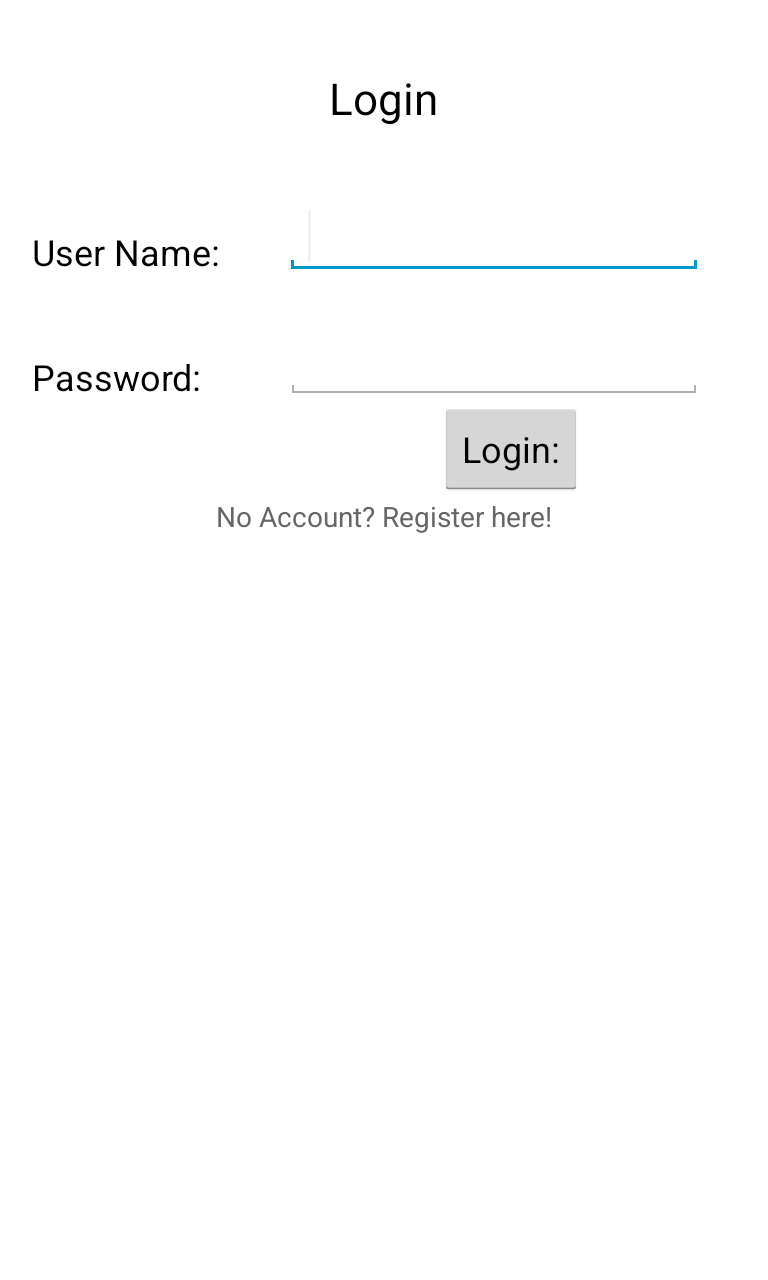
Repository: chrisberry/WebAPIWithAndroidUI
Layout: PeopleAPIAndroid/PeopleAPI/res/layout/login_main.xml
An editor plug-in stored every save of this project. The layout is shown before and after the next save, followed by the edit.
It is drawn on a 768 x 1280 px phone screen (xhdpi) without system bars, with theme AppTheme; the app's code is not run.

Above is the layout before, as saved 2014-02-11 18:09:05.

After the next save:
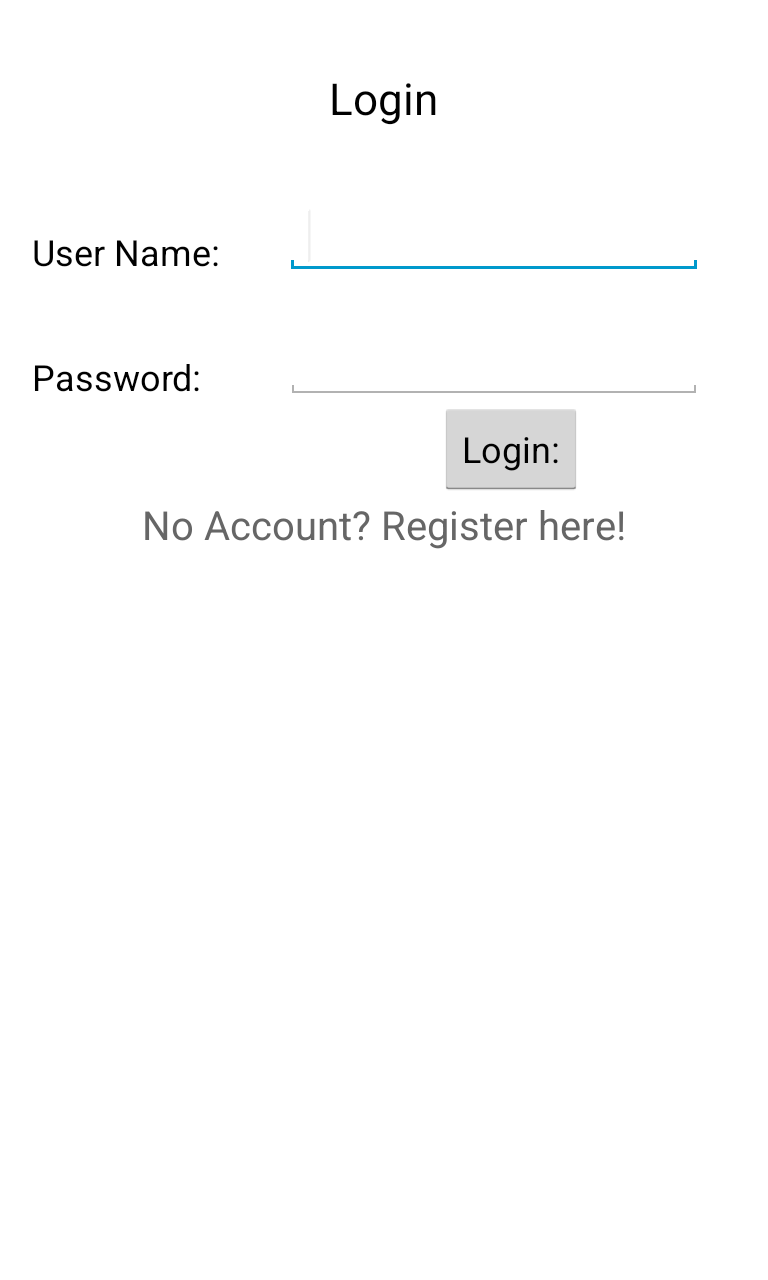
Saved 41 s later.
--- a/PeopleAPIAndroid/PeopleAPI/res/layout/login_main.xml
+++ b/PeopleAPIAndroid/PeopleAPI/res/layout/login_main.xml
@@ -73,7 +73,8 @@
         android:layout_below="@+id/button1"
         android:layout_centerHorizontal="true"
         android:onClick="showRegister"
+        android:text="@string/register_prompt"
         android:textColor="@color/titlecolor"
-        android:text="@string/register_prompt" />
+        android:textSize="20sp" />
 
 </RelativeLayout>
